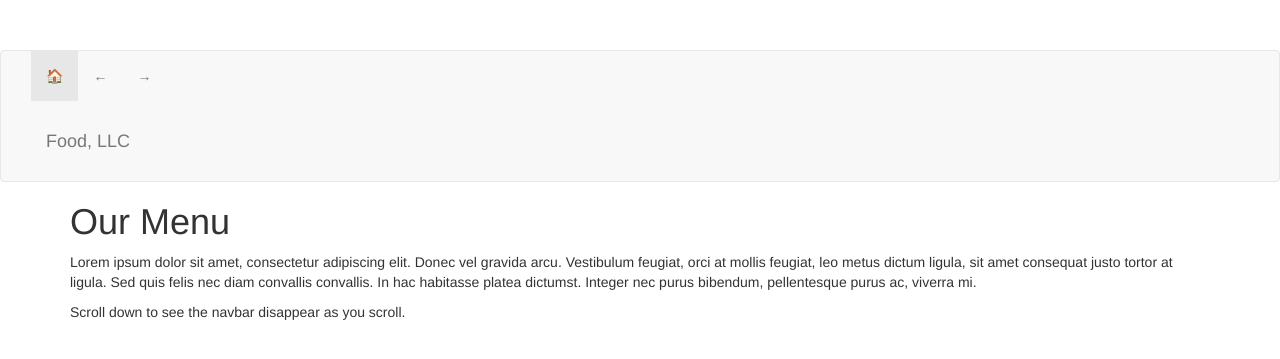
Repository: imen-chabchoub/coursera-test1
Page: mod3-solution/index.html
The author's editor kept a copy of each file at every save. The page is drawn from the files as they stood at one save, then again after the next save.
The browser window is 1280 px wide. The pictures show the whole page.

Above is the page before, as saved 2025-02-12 14:24:57.

After the next save:
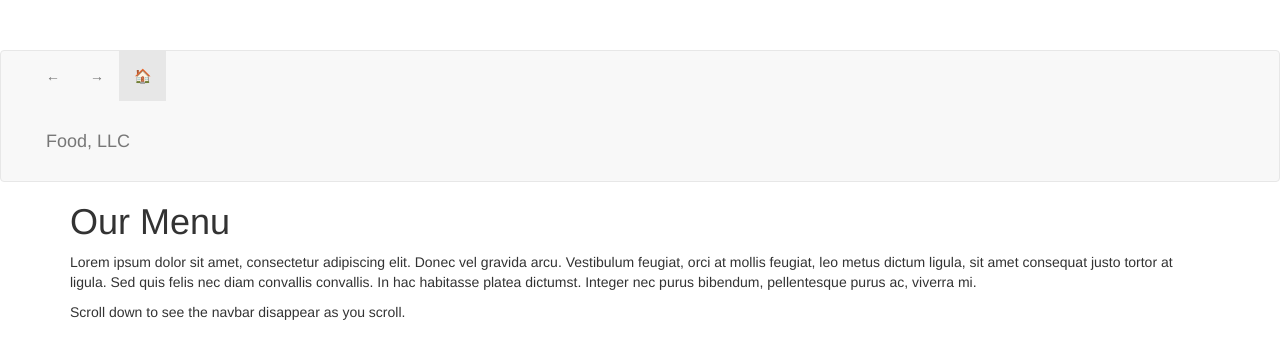
Saved 21 s later.
--- a/mod3-solution/index.html
+++ b/mod3-solution/index.html
@@ -24,9 +24,10 @@
             <!-- Collect the nav links, forms, and other content for toggling -->
             <div class="collapse navbar-collapse" id="navbar-collapse">
                 <ul class="nav navbar-nav">
-                    <li class="active"><a href="#" class="nav-home">🏠</a></li>
+
                     <li><a href="#" class="nav-back">←</a></li>
                     <li><a href="#" class="nav-forward">→</a></li>
+                    <li class="active"><a href="#" class="nav-home">🏠</a></li>
 
 
 
